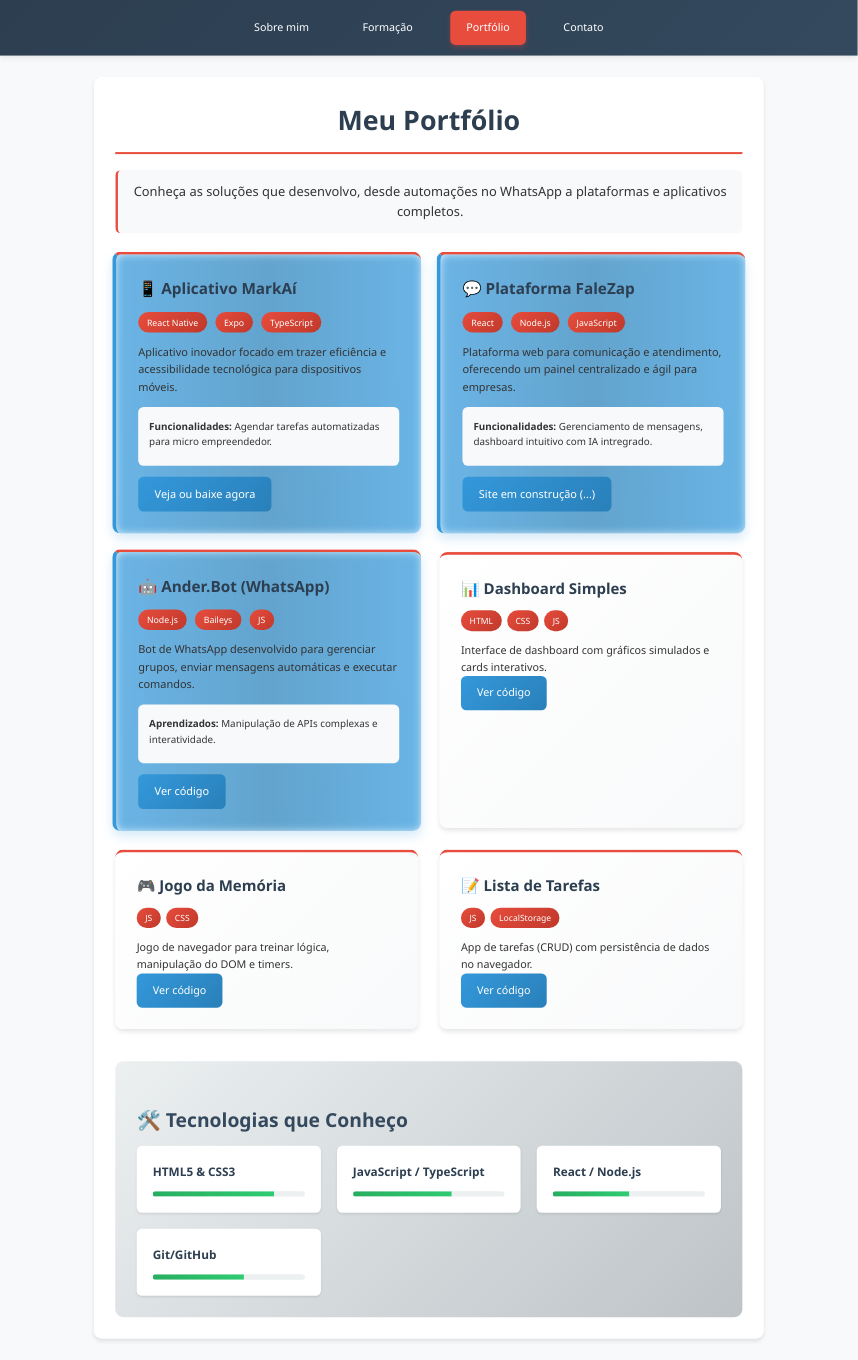
Repository: AnderHonorato/meu-portfolio
Page: portfolio.html
An editor plug-in stored every save of this project. The page is shown before and after the next save, followed by the edit.
The browser window is 1280 px wide. The pictures show the whole page, at 67% of full size.

Above is the page before, as saved 2026-02-24 20:32:15.

### portfolio.html
<!DOCTYPE html>
<html lang="pt-br">
<head>
    <meta charset="UTF-8">
    <meta name="viewport" content="width=device-width, initial-scale=1.0">
    <title>Portfólio - Anderson</title>
    <link rel="stylesheet" href="css/style.css">
</head>
<body>
    <nav class="menu">
        <ul>
            <li><a href="index.html">Sobre mim</a></li>
            <li><a href="formacao.html">Formação</a></li>
            <li><a href="portfolio.html" class="ativo">Portfólio</a></li>
            <li><a href="contato.html">Contato</a></li>
        </ul>
    </nav>

    <main class="conteudo">
        <h1>Meu Portfólio</h1>

        <p class="intro-portfolio">Conheça as soluções que desenvolvo, desde automações no WhatsApp a plataformas e aplicativos completos.</p>

        <div class="projetos-grid">

            <div class="projeto-item destaque">
                <h3>📱 Aplicativo MarkAí</h3>
                <div class="tags-projeto">
                    <span class="tag">React Native</span>
                    <span class="tag">Expo</span>
                    <span class="tag">TypeScript</span>
                </div>
                <p>Aplicativo inovador focado em trazer eficiência e acessibilidade tecnológica para dispositivos móveis.</p>
                <div class="projeto-detalhes">
                    <p><strong>Funcionalidades:</strong> Agendar tarefas automatizadas para micro empreendedor.</p>
                </div>
                <a href="https://markaiapp.com.br" target="_blank" class="btn-projeto">Veja ou baixe agora</a>
            </div>

            <div class="projeto-item destaque">
                <h3>💬 Plataforma FaleZap</h3>
                <div class="tags-projeto">
                    <span class="tag">React</span>
                    <span class="tag">Node.js</span>
                    <span class="tag">JavaScript</span>
                </div>
                <p>Plataforma web para comunicação e atendimento, oferecendo um painel centralizado e ágil para empresas.</p>
                <div class="projeto-detalhes">
                    <p><strong>Funcionalidades:</strong> Gerenciamento de mensagens, dashboard intuitivo com IA intregrado.</p>
                </div>
                <a href="#" class="btn-projeto">Site em construção (...)</a>
            </div>

            <div class="projeto-item destaque">
                <h3>🤖 Ander.Bot (WhatsApp)</h3>
                <div class="tags-projeto">
                    <span class="tag">Node.js</span>
                    <span class="tag">Baileys</span>
                    <span class="tag">JS</span>
                </div>
                <p>Bot de WhatsApp desenvolvido para gerenciar grupos, enviar mensagens automáticas e executar comandos.</p>
                <div class="projeto-detalhes">
                    <p><strong>Aprendizados:</strong> Manipulação de APIs complexas e interatividade.</p>
                </div>
                <a href="https://anderhonorato.github.io/alphabotsite1/index.html" target="_blank" class="btn-projeto">Ver código</a>
            </div>

            <div class="projeto-item">
                <h3>📊 Dashboard Simples</h3>
                <div class="tags-projeto">
                    <span class="tag">HTML</span><span class="tag">CSS</span><span class="tag">JS</span>
                </div>
                <p>Interface de dashboard com gráficos simulados e cards interativos.</p>
                <a href="#" class="btn-projeto">Ver código</a>
            </div>

            <div class="projeto-item">
                <h3>🎮 Jogo da Memória</h3>
                <div class="tags-projeto">
                    <span class="tag">JS</span><span class="tag">CSS</span>
                </div>
                <p>Jogo de navegador para treinar lógica, manipulação do DOM e timers.</p>
                <a href="#" class="btn-projeto">Ver código</a>
            </div>

            <div class="projeto-item">
                <h3>📝 Lista de Tarefas</h3>
                <div class="tags-projeto">
                    <span class="tag">JS</span><span class="tag">LocalStorage</span>
                </div>
                <p>App de tarefas (CRUD) com persistência de dados no navegador.</p>
                <a href="#" class="btn-projeto">Ver código</a>
            </div>
        </div>

        <div class="habilidades-secao">
            <h2>🛠️ Tecnologias que Conheço</h2>
            <div class="habilidades-grid">
                <div class="habilidade-item">
                    <h4>HTML5 & CSS3</h4>
                    <div class="nivel-habilidade">
                        <div class="barra-habilidade">
                            <div class="progresso-habilidade" style="width: 80%"></div>
                        </div>
                    </div>
                </div>
                <div class="habilidade-item">
                    <h4>JavaScript / TypeScript</h4>
                    <div class="nivel-habilidade">
                        <div class="barra-habilidade">
                            <div class="progresso-habilidade" style="width: 65%"></div>
                        </div>
                    </div>
                </div>
                <div class="habilidade-item">
                    <h4>React / Node.js</h4>
                    <div class="nivel-habilidade">
                        <div class="barra-habilidade">
                            <div class="progresso-habilidade" style="width: 50%"></div>
                        </div>
                    </div>
                </div>
                <div class="habilidade-item">
                    <h4>Git/GitHub</h4>
                    <div class="nivel-habilidade">
                        <div class="barra-habilidade">
                            <div class="progresso-habilidade" style="width: 60%"></div>
                        </div>
                    </div>
                </div>
            </div>
        </div>
    </main>
</body>
</html>

### css/style.css
/* Reset básico e configurações globais */
* {
    margin: 0;
    padding: 0;
    box-sizing: border-box;
}

/* Configurações do corpo da página */
body {
    font-family: 'Segoe UI', Tahoma, Geneva, Verdana, sans-serif;
    line-height: 1.6;
    color: #333;
    background-color: #f8f9fa;
    /* NOVA: Evita que animações criem barra de rolagem horizontal */
    overflow-x: hidden;
}

/* NOVA: Transição global suave para elementos interativos */
a, button, li, .projeto-item, .item-formacao, input, textarea, select {
    transition: all 0.3s cubic-bezier(0.25, 0.8, 0.25, 1);
}

/* Menu de navegação - SEMPRE VISÍVEL */
.menu {
    background: linear-gradient(135deg, #2c3e50, #34495e);
    padding: 1rem 0;
    position: sticky; /* Menu fica fixo no topo ao rolar */
    top: 0;
    z-index: 1000; /* Garante que fica por cima de outros elementos */
    box-shadow: 0 2px 10px rgba(0,0,0,0.1);
}

.menu ul {
    list-style: none;
    display: flex;
    justify-content: center;
    gap: 2rem;
    max-width: 1200px;
    margin: 0 auto;
    padding: 0 1rem;
}

.menu a {
    color: white;
    text-decoration: none;
    padding: 0.8rem 1.5rem;
    border-radius: 8px;
    transition: all 0.3s ease;
    display: block;
    font-weight: 500;
}

.menu a:hover {
    background-color: rgba(255, 255, 255, 0.1);
    transform: translateY(-2px);
}

.menu a.ativo {
    background-color: #e74c3c;
    box-shadow: 0 4px 8px rgba(231, 76, 60, 0.3);
}

/* Conteúdo principal */
.conteudo {
    max-width: 1000px;
    margin: 2rem auto;
    padding: 0 1rem;
    background-color: white;
    border-radius: 12px;
    box-shadow: 0 4px 6px rgba(0,0,0,0.1);
    padding: 2rem;
    /* Animação original mantida */
    animation: slideInUp 0.6s ease-out;
}

.conteudo h1 {
    color: #2c3e50;
    margin-bottom: 1.5rem;
    text-align: center;
    font-size: 2.5rem;
    border-bottom: 3px solid #e74c3c;
    padding-bottom: 1rem;
}

.conteudo h2 {
    color: #34495e;
    margin: 2rem 0 1rem 0;
    font-size: 1.8rem;
}

/* === ESTILOS PÁGINA SOBRE MIM === */
.sobre-container {
    display: grid;
    grid-template-columns: 250px 1fr;
    gap: 2rem;
    margin-top: 2rem;
}

.foto-perfil {
    text-align: center;
}

.placeholder-foto {
    width: 200px;
    height: 200px;
    border-radius: 50%;
    background: linear-gradient(135deg, #e74c3c, #c0392b);
    display: flex;
    align-items: center;
    justify-content: center;
    color: white;
    font-weight: bold;
    margin: 0 auto;
    box-shadow: 0 8px 16px rgba(231, 76, 60, 0.3);
}

.minha-foto {
    width: 200px;
    height: 200px;
    border-radius: 50%;
    object-fit: cover;
    box-shadow: 0 8px 16px rgba(0,0,0,0.2);
    /* NOVA: Animação de flutuação para a foto */
    animation: float 5s ease-in-out infinite;
}

.foto-perfil img {
    width: 200px;
    height: 200px;
    border-radius: 50%;
    object-fit: cover;
    box-shadow: 0 8px 16px rgba(0,0,0,0.2);
}

.texto-sobre {
    flex: 1;
}

.texto-sobre p {
    margin-bottom: 1rem;
    text-align: justify;
    font-size: 1.1rem;
}

.lista-hobbies {
    list-style: none;
    margin: 1rem 0;
}

.lista-hobbies li {
    padding: 0.5rem 0;
    font-size: 1.1rem;
    border-bottom: 1px solid #eee;
    transition: all 0.3s ease;
}

.lista-hobbies li:hover {
    background-color: #f8f9fa;
    padding-left: 1rem;
    border-left: 4px solid #e74c3c;
}

/* NOVA: Detalhe do hobby ao passar o mouse */
.hobby-detalhe {
    max-height: 0;
    opacity: 0;
    overflow: hidden;
    font-size: 0.95rem;
    color: #666;
    padding-left: 1rem;
    transition: all 0.4s cubic-bezier(0.25, 0.8, 0.25, 1);
}

.lista-hobbies li:hover .hobby-detalhe {
    max-height: 100px;
    opacity: 1;
    margin-top: 0.5rem;
}

.info-adicional {
    margin-top: 3rem;
    padding: 2rem;
    background: linear-gradient(135deg, #ecf0f1, #bdc3c7);
    border-radius: 12px;
}

/* === ESTILOS PÁGINA FORMAÇÃO === */
.formacao-secao {
    margin-bottom: 3rem;
}

.item-formacao {
    background: linear-gradient(135deg, #f8f9fa, #e9ecef);
    padding: 2rem;
    border-radius: 12px;
    margin-bottom: 1.5rem;
    border-left: 5px solid #e74c3c;
    transition: transform 0.3s ease;
}

.item-formacao:hover {
    transform: translateY(-5px);
    box-shadow: 0 8px 16px rgba(0,0,0,0.1);
}

.item-formacao h3 {
    color: #2c3e50;
    margin-bottom: 1rem;
    font-size: 1.3rem;
}

.item-formacao p {
    margin-bottom: 0.5rem;
}

.lista-idiomas {
    list-style: none;
}

.lista-idiomas li {
    padding: 1rem 0;
    border-bottom: 1px solid #ddd;
}

.lista-idiomas li:last-child {
    border-bottom: none;
}

.nivel-idioma {
    margin-top: 0.5rem;
}

.barra-progresso {
    width: 100%;
    height: 8px;
    background-color: #ecf0f1;
    border-radius: 4px;
    overflow: hidden;
    margin: 0.5rem 0;
}

.progresso {
    height: 100%;
    background: linear-gradient(90deg, #e74c3c, #c0392b);
    transition: width 0.3s ease;
    /* NOVA: Animação de encher a barra */
    animation: fillProgress 1.5s ease-out forwards;
}

.descricao-nivel {
    font-size: 0.9rem;
    color: #7f8c8d;
    font-style: italic;
}

.proximos-estudos ul {
    list-style: none;
    display: grid;
    grid-template-columns: repeat(auto-fit, minmax(250px, 1fr));
    gap: 1rem;
}

.proximos-estudos li {
    background-color: #fff3cd;
    padding: 1rem;
    border-radius: 8px;
    border-left: 4px solid #ffc107;
    font-weight: 500;
}

/* === ESTILOS PÁGINA PORTFÓLIO === */
.intro-portfolio {
    text-align: center;
    font-size: 1.2rem;
    margin-bottom: 2rem;
    padding: 1rem;
    background-color: #f8f9fa;
    border-radius: 8px;
    border-left: 4px solid #e74c3c;
}

.projetos-grid {
    display: grid;
    grid-template-columns: repeat(auto-fit, minmax(350px, 1fr));
    gap: 2rem;
    margin-bottom: 3rem;
}

.projeto-item {
    background: linear-gradient(135deg, #ffffff, #f8f9fa);
    padding: 2rem;
    border-radius: 12px;
    box-shadow: 0 4px 8px rgba(0,0,0,0.1);
    transition: all 0.3s ease;
    border-top: 4px solid #e74c3c;
}

.projeto-item:hover {
    transform: translateY(-8px);
    box-shadow: 0 12px 24px rgba(0,0,0,0.15);
}

.projeto-item h3 {
    color: #2c3e50;
    margin-bottom: 1rem;
    font-size: 1.4rem;
}

.tags-projeto {
    margin-bottom: 1rem;
}

.tag {
    display: inline-block;
    background: linear-gradient(135deg, #e74c3c, #c0392b);
    color: white;
    padding: 0.3rem 0.8rem;
    border-radius: 20px;
    font-size: 0.8rem;
    margin-right: 0.5rem;
    font-weight: 500;
}

.projeto-detalhes {
    margin: 1rem 0;
    padding: 1rem;
    background-color: #f8f9fa;
    border-radius: 8px;
}

.projeto-detalhes p {
    margin-bottom: 0.5rem;
    font-size: 0.9rem;
}

.btn-projeto {
    display: inline-block;
    background: linear-gradient(135deg, #3498db, #2980b9);
    color: white;
    padding: 0.8rem 1.5rem;
    text-decoration: none;
    border-radius: 8px;
    transition: all 0.3s ease;
    font-weight: 500;
}

.btn-projeto:hover {
    transform: translateY(-2px);
    box-shadow: 0 4px 8px rgba(52, 152, 219, 0.3);
}

/* Habilidades técnicas */
.habilidades-secao {
    margin-top: 3rem;
    padding: 2rem;
    background: linear-gradient(135deg, #ecf0f1, #bdc3c7);
    border-radius: 12px;
}

.habilidades-grid {
    display: grid;
    grid-template-columns: repeat(auto-fit, minmax(250px, 1fr));
    gap: 1.5rem;
    margin-top: 1rem;
}

.habilidade-item {
    background-color: white;
    padding: 1.5rem;
    border-radius: 8px;
    box-shadow: 0 2px 4px rgba(0,0,0,0.1);
}

.habilidade-item h4 {
    color: #2c3e50;
    margin-bottom: 1rem;
    font-size: 1.1rem;
}

.nivel-habilidade {
    display: flex;
    align-items: center;
    gap: 1rem;
}

.barra-habilidade {
    flex: 1;
    height: 8px;
    background-color: #ecf0f1;
    border-radius: 4px;
    overflow: hidden;
}

.progresso-habilidade {
    height: 100%;
    background: linear-gradient(90deg, #27ae60, #2ecc71);
    transition: width 0.3s ease;
    /* NOVA: Animação */
    animation: fillProgress 1.5s ease-out forwards;
}

.estudos-atuais {
    margin-top: 2rem;
    padding: 2rem;
    background-color: #e8f5e8;
    border-radius: 12px;
    border-left: 5px solid #27ae60;
}

.lista-estudos {
    list-style: none;
    display: grid;
    grid-template-columns: repeat(auto-fit, minmax(300px, 1fr));
    gap: 1rem;
}

.lista-estudos li {
    padding: 1rem;
    background-color: white;
    border-radius: 8px;
    box-shadow: 0 2px 4px rgba(0,0,0,0.1);
    transition: transform 0.3s ease;
}

.lista-estudos li:hover {
    transform: translateX(10px);
}

/* === ESTILOS PÁGINA CONTATO === */
.intro-contato {
    text-align: center;
    font-size: 1.2rem;
    margin-bottom: 2rem;
    padding: 1rem;
    background: linear-gradient(135deg, #d4edda, #c3e6cb);
    border-radius: 8px;
    border-left: 4px solid #28a745;
}

.contato-container {
    display: grid;
    grid-template-columns: 2fr 1fr;
    gap: 3rem;
    margin-top: 2rem;
}

.formulario-contato {
    background-color: #f8f9fa;
    padding: 2rem;
    border-radius: 12px;
    box-shadow: 0 4px 8px rgba(0,0,0,0.1);
}

.formulario-contato h2 {
    color: #2c3e50;
    margin-bottom: 1.5rem;
    text-align: center;
}

.form-contato {
    display: flex;
    flex-direction: column;
    gap: 1.5rem;
}

.campo {
    display: flex;
    flex-direction: column;
}

.campo.checkbox {
    flex-direction: row;
    align-items: center;
    gap: 0.5rem;
}

.campo.checkbox input {
    width: auto;
}

.campo label {
    margin-bottom: 0.5rem;
    font-weight: 600;
    color: #2c3e50;
}

.campo input,
.campo textarea,
.campo select {
    padding: 0.8rem;
    border: 2px solid #ddd;
    border-radius: 8px;
    font-size: 1rem;
    transition: border-color 0.3s ease;
    font-family: inherit;
}

.campo input:focus,
.campo textarea:focus,
.campo select:focus {
    outline: none;
    border-color: #e74c3c;
    box-shadow: 0 0 0 3px rgba(231, 76, 60, 0.1);
}

.btn-enviar {
    background: linear-gradient(135deg, #e74c3c, #c0392b);
    color: white;
    padding: 1rem 2rem;
    border: none;
    border-radius: 8px;
    cursor: pointer;
    font-size: 1.1rem;
    font-weight: 600;
    transition: all 0.3s ease;
}

.btn-enviar:hover {
    transform: translateY(-2px);
    box-shadow: 0 4px 8px rgba(231, 76, 60, 0.3);
}

.mensagem-retorno {
    margin-top: 1rem;
    padding: 1rem;
    background-color: #d4edda;
    border: 1px solid #c3e6cb;
    border-radius: 8px;
    color: #155724;
    text-align: center;
    font-weight: 500;
}

/* Informações de contato */
.info-contato {
    background-color: white;
    padding: 2rem;
    border-radius: 12px;
    box-shadow: 0 4px 8px rgba(0,0,0,0.1);
    height: fit-content;
}

.info-contato h2 {
    color: #2c3e50;
    margin-bottom: 1.5rem;
    text-align: center;
}

.contato-item {
    margin-bottom: 2rem;
    padding: 1rem;
    background-color: #f8f9fa;
    border-radius: 8px;
    border-left: 4px solid #3498db;
}

.contato-item h3 {
    color: #2c3e50;
    margin-bottom: 0.5rem;
    font-size: 1.1rem;
}

.contato-item p {
    font-weight: 600;
    color: #34495e;
    margin-bottom: 0.3rem;
}

.contato-item small {
    color: #7f8c8d;
    font-style: italic;
}

.disponibilidade {
    padding: 1rem;
    background: linear-gradient(135deg, #fff3cd, #ffeaa7);
    border-radius: 8px;
    border-left: 4px solid #ffc107;
}

.disponibilidade h3 {
    color: #2c3e50;
    margin-bottom: 1rem;
}

.disponibilidade ul {
    list-style: none;
}

.disponibilidade li {
    padding: 0.3rem 0;
    color: #856404;
}

/* Dicas de contato */
.dicas-contato {
    margin-top: 3rem;
    padding: 2rem;
    background: linear-gradient(135deg, #e8f4fd, #d1ecf1);
    border-radius: 12px;
}

.dicas-grid {
    display: grid;
    grid-template-columns: repeat(auto-fit, minmax(250px, 1fr));
    gap: 1.5rem;
    margin-top: 1rem;
}

.dica-item {
    background-color: white;
    padding: 1.5rem;
    border-radius: 8px;
    box-shadow: 0 2px 4px rgba(0,0,0,0.1);
    transition: transform 0.3s ease;
}

.dica-item:hover {
    transform: translateY(-5px);
}

.dica-item h4 {
    color: #2c3e50;
    margin-bottom: 1rem;
}

.dica-item p {
    color: #34495e;
    font-size: 0.9rem;
}

/* === RESPONSIVIDADE === */
@media (max-width: 768px) {
    .menu ul {
        flex-wrap: wrap;
        gap: 0.5rem;
        justify-content: center;
    }

    .menu a {
        padding: 0.6rem 1rem;
        font-size: 0.9rem;
    }

    .conteudo {
        margin: 1rem;
        padding: 1.5rem;
    }

    .conteudo h1 {
        font-size: 2rem;
    }

    .sobre-container {
        grid-template-columns: 1fr;
        text-align: center;
        gap: 1.5rem;
    }

    .item-formacao {
        padding: 1.5rem;
    }

    .projetos-grid {
        grid-template-columns: 1fr;
        gap: 1.5rem;
    }

    .habilidades-grid {
        grid-template-columns: 1fr;
    }

    .contato-container {
        grid-template-columns: 1fr;
        gap: 2rem;
    }

    .dicas-grid {
        grid-template-columns: 1fr;
    }
}

@media (max-width: 480px) {
    .conteudo {
        padding: 1rem;
    }

    .conteudo h1 {
        font-size: 1.8rem;
    }

    .menu ul {
        flex-direction: column;
        gap: 0.3rem;
    }

    .projeto-item,
    .item-formacao,
    .formulario-contato {
        padding: 1rem;
    }
}

/* Animações e efeitos especiais originais mantidos */
@keyframes slideInUp {
    from {
        opacity: 0;
        transform: translateY(30px);
    }
    to {
        opacity: 1;
        transform: translateY(0);
    }
}

/* NOVAS ANIMAÇÕES QUE VOCÊ PEDIU */
@keyframes float {
    0% { transform: translateY(0px); }
    50% { transform: translateY(-8px); }
    100% { transform: translateY(0px); }
}

@keyframes fillProgress {
    from { width: 0; }
}

/* Scroll suave */
html {
    scroll-behavior: smooth;
}

/* destaque original */
.projeto-item.destaque {
    background: linear-gradient(135deg, #f0f9ff, #e6f7ff);
    border-left: 6px solid #3498db;
    box-shadow: 0 8px 16px rgba(52, 152, 219, 0.2);
    transform: scale(1.02);
    transition: all 0.4s ease;
    position: relative;
    overflow: hidden;
}

.projeto-item.destaque:hover {
    transform: scale(1.04);
    box-shadow: 0 12px 24px rgba(52, 152, 219, 0.3);
}

.projeto-item.destaque::before {
    content: "";
    position: absolute;
    top: -2px;
    left: -2px;
    right: -2px;
    bottom: -2px;
    background: linear-gradient(90deg, #3498db, #2980b9, #3498db);
    z-index: 0;
    border-radius: 12px;
    filter: blur(6px);
    opacity: 0.7;
    /* Original animarBorda */
    animation: animarBorda 3s linear infinite;
}

.projeto-item.destaque > * {
    position: relative;
    z-index: 1;
}

@keyframes animarBorda {
    0% { background-position: 0% 50%; }
    50% { background-position: 100% 50%; }
    100% { background-position: 0% 50%; }
}

After the next save:
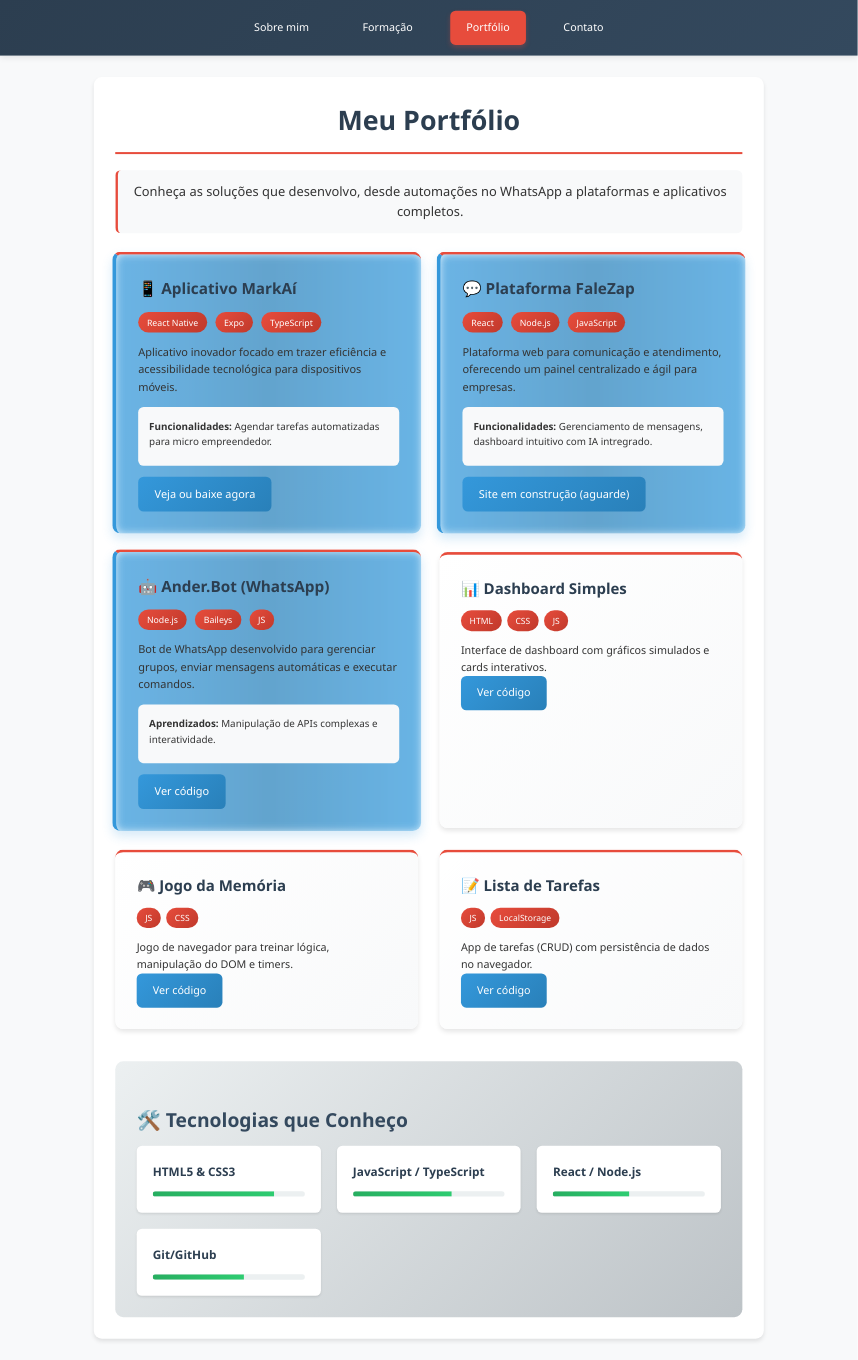
Saved 9 s later.
--- a/portfolio.html
+++ b/portfolio.html
@@ -48,7 +48,7 @@
                 <div class="projeto-detalhes">
                     <p><strong>Funcionalidades:</strong> Gerenciamento de mensagens, dashboard intuitivo com IA intregrado.</p>
                 </div>
-                <a href="#" class="btn-projeto">Site em construção (...)</a>
+                <a href="#" class="btn-projeto">Site em construção (aguarde)</a>
             </div>
 
             <div class="projeto-item destaque">
